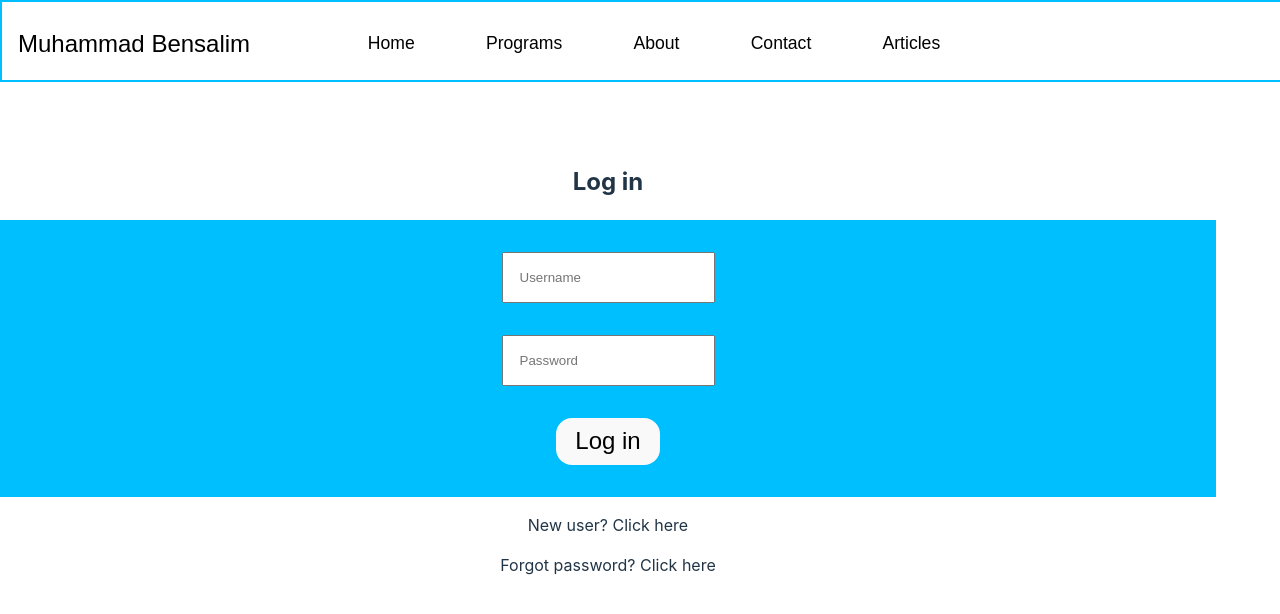
Repository: TMuse333/fitness_templates
Page: /progress
An editor plug-in stored every save of this project. The page is shown before and after the next save, followed by the edit.
The browser window is 1280 px wide. The pictures show the whole page.
The project was rebuilt for these pictures with package versions that can differ from the ones it lists, and the page was loaded fresh each time. Also part of the build but not shown: vite.config.js, src/components/herobanner/herobanner.css, src/components/herobanner/herobanner.jsx, src/components/about/about.css, src/components/about/about.jsx, src/components/serviceOffering/serviceOffering.css, src/components/serviceOffering/serviceOffering.jsx, src/data/data.js and 33 more. Imported but missing from the stored project, and not drawn on this page: src/media/best_dunk.mp4.

Above is the page before, as saved 2024-03-09 19:31:39.

### src/main.jsx
import './index.css'
import * as React from 'react';
import { StrictMode } from 'react';
import { createRoot } from 'react-dom/client';
import { BrowserRouter } from 'react-router-dom';

import App from './App';

const rootElement = document.getElementById('root');
const root = createRoot(rootElement);

root.render(
  <StrictMode>
    <BrowserRouter>
      <App />
    </BrowserRouter>
  </StrictMode>
);

### src/index.css
:root {
  font-family: Inter, system-ui, Avenir, Helvetica, Arial, sans-serif;
  line-height: 1.5;
  font-weight: 400;

  color-scheme: light dark;
  color: rgba(255, 255, 255, 0.87);
  background-color: #242424;

  font-synthesis: none;
  text-rendering: optimizeLegibility;
  -webkit-font-smoothing: antialiased;
  -moz-osx-font-smoothing: grayscale;
}

a {
  font-weight: 500;

  text-decoration: inherit;
}
a:hover {

}

body {
  margin: 0;
  display: flex;
  place-items: center;
  min-width: 320px;
  min-height: 100vh;
}

h1 {
  font-size: 3.2em;
  line-height: 1.1;
}

button {
/* border: none;
  padding: 0.6em 1.2em;
  font-size: 1em;
  font-weight: 500;
  font-family: inherit;

  cursor: pointer;
  transition: border-color 0.25s;
  transition: all 0.3s ease-in; */
  background-color: #00bfff;

  font-size: 1.5rem;
  border-radius: 1rem;
  padding: 0.6rem 1.2rem;
  font-weight: 500;
  border: none;
  margin: 0 auto;
}
button:hover {
  /* transform: scale(1.3); */

}
button:focus,
button:focus-visible {
  outline: 4px auto -webkit-focus-ring-color;
}

@media (prefers-color-scheme: light) {
  :root {
    color: #213547;
    background-color: #ffffff;
  }
  a:hover {
    color: #747bff;
  }
  button {
    background-color: #f9f9f9;
  }
}

### src/App.jsx
import { useState } from 'react'

import './App.css'
import Homepage from '../pages/homepage'
import Program from '../pages/program';
import { BrowserRouter as Router, Route, Routes } from 'react-router-dom';
import Contact from '../pages/contact';
import About from '../pages/about';
import Articles from '../pages/articles';
import Progress from '../pages/progress';


function App() {
  const [count, setCount] = useState(0)

  return (
    <>
    <Routes>
      <Route path='/'
        element={<Homepage/>}
        />
        <Route path='programs'
        element={<Program/>}
        />
        <Route path='contact'
        element={<Contact/>}
        />
        <Route path='about'
        element={<About/>}
        />
        <Route path='articles'
        element={<Articles/>}
        />
        <Route path='progress'
        element={<Progress/>}
        />
    </Routes>

    </>
  )
}

export default App

### src/App.css
#root {
  max-width: 1280px;
  margin: 0 auto;
  padding: 2rem;
  text-align: center;
}

.logo {
  height: 6em;
  padding: 1.5em;
  will-change: filter;
  transition: filter 300ms;
}
.logo:hover {
  filter: drop-shadow(0 0 2em #646cffaa);
}
.logo.react:hover {
  filter: drop-shadow(0 0 2em #61dafbaa);
}

.homepage{
  position: absolute;
  left:0;
  top:0;
  overflow-x: hidden;
  background: radial-gradient(circle at center, rgba(1, 181, 241, 0.7), rgba(24, 60, 84, 0.7));
}

.program-container, .personal-container, .articles-container
{
  position: absolute;
  top:0;
  left:0;
  overflow-x: hidden;
}

.progress-container{
  position: absolute;
  left:0;
  top:20%;
}

.program-video{
  background-color: red;
}

.questions-list{
  margin-bottom: 3rem;
}



@keyframes logo-spin {
  from {
    transform: rotate(0deg);
  }
  to {
    transform: rotate(360deg);
  }
}

@media (prefers-reduced-motion: no-preference) {
  a:nth-of-type(2) .logo {
    animation: logo-spin infinite 20s linear;
  }
}

.card {
  padding: 2em;
}

.read-the-docs {
  color: #888;
}

### pages/progress.jsx
import React from "react";
import Navbar from "../src/components/navbar/navbar";
import Login from "../src/components/login/Login";



const Progress = () => {

    const links = [
        {
            dest:'/',
            name:'Home'
          },
        {
            dest:'programs',
            name:'Programs'
        },
        {
            dest:'about',
            name:'About'
        },
        {
            dest:'contact',
            name:'Contact'
        },
        {
            dest:'articles',
            name:"Articles"
        },

    ]

    return (<>
<Navbar links={links}
/>
<div className="progress-container">


       <Login/>
       </div>
        </>

    )
}


export default Progress

### src/components/navbar/navbar.jsx
import React, { useState,useEffect } from 'react';
// import { FaArrowLeft, FaArrowRight } from 'react-icons/fa';
import { Link } from 'react-router-dom';
import './navbar.css'

import nobg from '../../media/quantum-striker-pose.png'





const Navbar = ({links,id}) => {
  const [subMenuVisible, setSubMenuVisible] = useState(false);
  const [isMobile, setIsMobile] = useState(true)
  const [hovered, setHovered] = useState(false)
  const [navHovered, setNavHovered] = useState(null)

  const handleMouseEnter = () => {
    setHovered(true)
  }

  const handleMouseLeave = () => {
    setHovered(false)
  }

  const handleNavEnter = (index) => {
    setNavHovered(index);
  };

  const handleNavLeave = () => {
    setNavHovered(null);
  };

  const toggleSubMenu = () => {

    setSubMenuVisible(!subMenuVisible);
  };


  useEffect(() => {
    // Function to update sub-menu visibility when the screen width changes
    const handleResize = () => {
      const screenWidth = window.innerWidth;
      setIsMobile(!(screenWidth >= 865)); // Set subMenuVisible to true if screen width is at least 415 pixels
    };

    // Add a resize event listener to update the sub-menu visibility
    window.addEventListener('resize', handleResize);

    // Initial call to set sub-menu visibility based on current screen width
    handleResize();

    // Clean up the event listener when the component unmounts
    return () => {
      window.removeEventListener('resize', handleResize);
    };
  }, []);

  const style = {
height: isMobile && !subMenuVisible ? '0px' :  isMobile ? '190px' : 'auto',
overflowY:'hidden',
width: isMobile ?'80px':'auto',
backgroundImage: isMobile ? 'linear-gradient(to right, #00bfff, #4db8ff, #64bcff, #00bfff)' : null,
transition: isMobile? 'height 0.3s ease-in,padding 0.3s ease-in' : null,
marginTop: isMobile ? '1rem' : null,
borderRadius:'10px',
paddingTop:subMenuVisible ?'1rem' : '0'



  };

  const navStyle = (index) => {

    return{
      backgroundColor: navHovered === index? '#00bfff' : null,
      padding:'0 0.55rem 0 0.55rem',
      borderRadius:'7px',
      // color:navHovered === index? '#6c5933' : null,
    }
  }

  const logoStyle = {
    transform: hovered || subMenuVisible? 'scale(1.3)' : 'scale(1)',
    width:'50px',
    transition:'all ease-in 0.3s',
    backgroundColor:'transparent',
    marginTop:'-1rem'
  }

  return (

    <div className='navbar-container'
    id={id}>
    <p
          className='big-logo'
          style={logoStyle}
          />
    <div className='navbar-logo'>

   <Link to='/'
   className='home-nav'>


        <p className='navbar-logo'
      >Muhammad Bensalim</p>
       </Link>

      </div>




      <div className='list-container'>
        <button onClick={toggleSubMenu}

        className='mini-logo'

        >



       <img style={logoStyle}
       onMouseEnter={handleMouseEnter}
       onMouseLeave={handleMouseLeave}
       src={nobg}

 />
        </button>
        <ul
        className='nav-list'
        style={style}

         >

          {links.map((link,index) => (
            <Link to={link.dest}
            key={index}
            className='nav-link'>
                <li
                onMouseEnter={()=>handleNavEnter(index)}
                onMouseLeave={()=>handleNavLeave()}
                style={navStyle(index)}>
                  {link.name}
                </li>
            </Link>
          ))}

        </ul>
      </div>




       </div>

  );
};

export default Navbar;

### src/components/login/Login.jsx
import React from "react";
import './login.css'

const Login = () => {
  return (
    <>
      <div className="login-container">
        <h2>Log in</h2>
        <div className="login-box">
          <form>
            <div className="form-group">

              <input type="text" id="username" name="username"
              placeholder="Username"/>
            </div>

            <div className="form-group">

              <input type="password" id="password" name="password"
              placeholder="Password" />
            </div>

            <button type="submit">Log in</button>
          </form>

        </div>
        <p>New user? Click here</p>
        <p>Forgot password? Click here</p>
      </div>
    </>
  );
};

export default Login;

### src/components/navbar/navbar.css
/* Add this to your navbar.css file */

.navbar-container{


    position: fixed;
     width: 100vw;

     top: 0px;
     left:0px;
     background:rgba(255, 255, 255, 0.7) ;

     height: 70px;
     z-index: 30;
  padding-top: 0.5rem;
  border-bottom: 2px solid #333;

    border: 2px solid #00bfff;

   }

   #overview-nav{
    background: radial-gradient(circle at center, rgba(0, 153, 205, 0.7), rgba(48, 115, 160, 0.9));
   }

   .big-logo{
     display: none;
   }

   .list-container {
    color:white;
    transform: translateY(-2.5rem);
    width:min-content;
    margin-left: auto;
    /* background-color: #BE9F5B; */
    margin-right: 2rem;
  /* background: linear-gradient(to right, #6c5933, #be9f5b, #6c5933);; */



   }

   .nav-list{
     /* margin-right: 2rem; */
     width: 50px;
     align-items: center;
     display:flex;
     flex-direction: column;
     margin-right: -1.5rem;
     color:black;
     /* background-color: #BE9F5B;
     background: linear-gradient(to right, #6c5933, #be9f5b, #6c5933); */
   }

   .home-nav{
    text-decoration: none;
   }

   .list-container li{
     list-style-type: none;
     /* transform: translateX(-25%); */
     padding:10px;
     color:black;
     font-weight: 500;
     transform: translateX(-1rem);
     font-family: 'Palatino Sans', 'Palatino Sans Informal', 'Palatino Sans Text', 'Palatino Sans W1G', 'Palatino Sans W01', sans-serif;
    text-decoration: none;
    margin-top: 0.5rem;
    margin-bottom: 1rem;
    /* color:white; */



     /* margin-top: -2rem; */

   }

   .list-container li a {
    text-decoration: none;
    color:white;
   }

   .mini-logo {
     display: flex;
     justify-content: center;
     align-items: center;
     margin-top: -1rem;
     height: 2.5rem;
     width: 2rem; /* Set the width and height to make it a perfect circle */
     padding: 0; /* Remove padding */
     border-radius: 50%; /* Make it circular */
     margin-left: auto;

     /* margin-right: auto; */
     background-color: transparent;
     border-color: transparent;



   }

   .navbar-logo{
     color:black;
     text-align: left;
     margin-left: 0.5rem;
     font-family: 'Abhaya Libre', sans-serif;
     font-size: 1.3rem;
     margin-top: 1.3rem;
     /* background-color: #BE9F5B; */
     /* background-image: url(src/media/SAINEY-MEDIA.png); */

   }

   .nav-button::before,
   .nav-button::after {
     content: '';
     position: absolute;
     background-color: #d15959; /* Set the color of the lines */
     height: 2px; /* Set the height of the lines */
     width: 10%; /* Set the width of the lines */
   }

   .nav-button::before {
     top: 5%;
   }

   .nav-button::after {
     top: 8%;
   }

  .nav-link{
  text-decoration: none;
  color:white;
  }

  @media screen and (min-width:400px){
    .mini-logo{
      margin-right: 1.5rem;
    }
  }



   @media screen and (min-width: 865px)  {
     .nav-list {
       display: flex;
       width:max-content;
       flex-direction: row;
       justify-content: space-between;
       padding:0 5px 0 5px;
       margin-top: -0.8rem;
       height:100%;
       /* transform: translateX(1rem); */
       /* background-color: rgb(38, 37, 79); */
       /* background-color: #d15959; */




       /* background-color: ; */
     }

     /* .navbar-container{
      width:98vw;
     } */

     .list-container{
      width:45vw;
      margin-top: -1.5rem;
     }

     .list-container li{
      font-size: 1.1rem;
      font-weight: 400;
     }



     .nav-button{
       /* display: none; */
     }

     .list-container li{
       transform: translateX(0rem);
       white-space: nowrap;
       padding:0;
     }

     .list-container{

       margin-left: auto;
       margin-right: auto;
     }

     .mini-logo{
       display: none;
     }

     .navbar-logo{
      font-size: 1.5rem;
      margin-top: 1rem;
     }

     .big-logo{
       position: absolute;
       right:2rem;
       display: flex;
       top:1rem;
     }

     /* .navbar-logo{
       display: none;
     } */
   }

### src/components/login/login.css
.login-box{
    background-color: #00bfff;
    padding:2rem;
    width:90vw;
    margin:0 auto;
}

.login-box input{
    padding:1rem;
    margin-bottom: 2rem;
}

.login-contanier{
    width:100vw;
}

Loaded but not shown: index.html (common file)

After the next save:
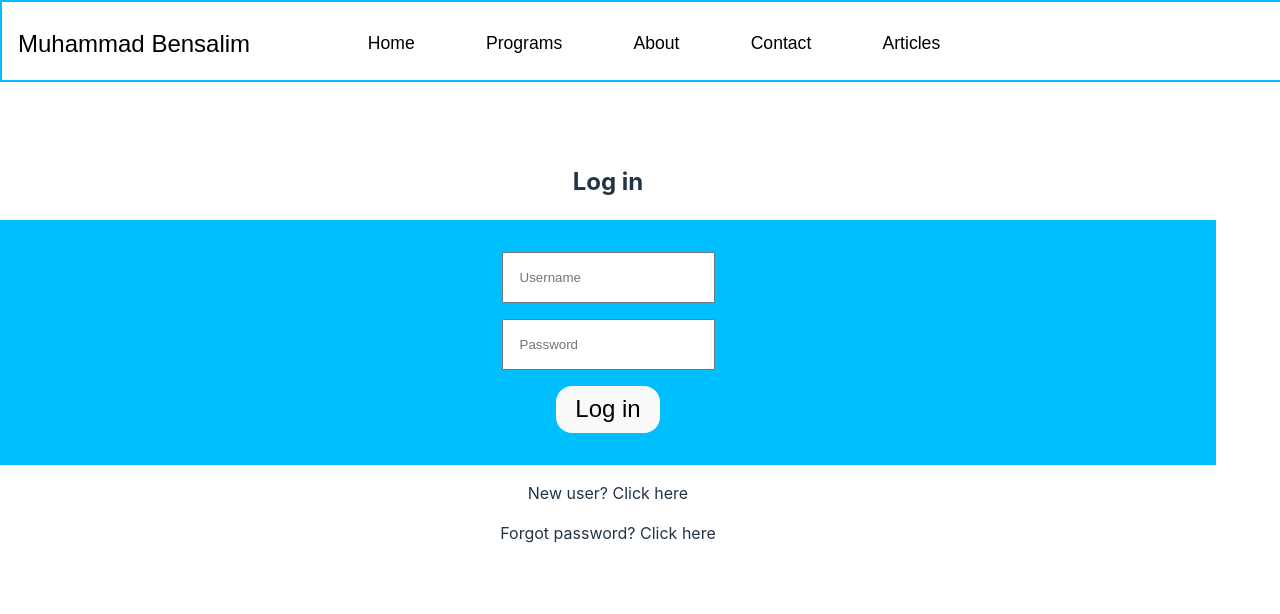
Saved 22 s later.
--- a/src/components/login/login.css
+++ b/src/components/login/login.css
@@ -7,7 +7,7 @@
 
 .login-box input{
     padding:1rem;
-    margin-bottom: 2rem;
+    margin-bottom: 1rem;
 }
 
 .login-contanier{
